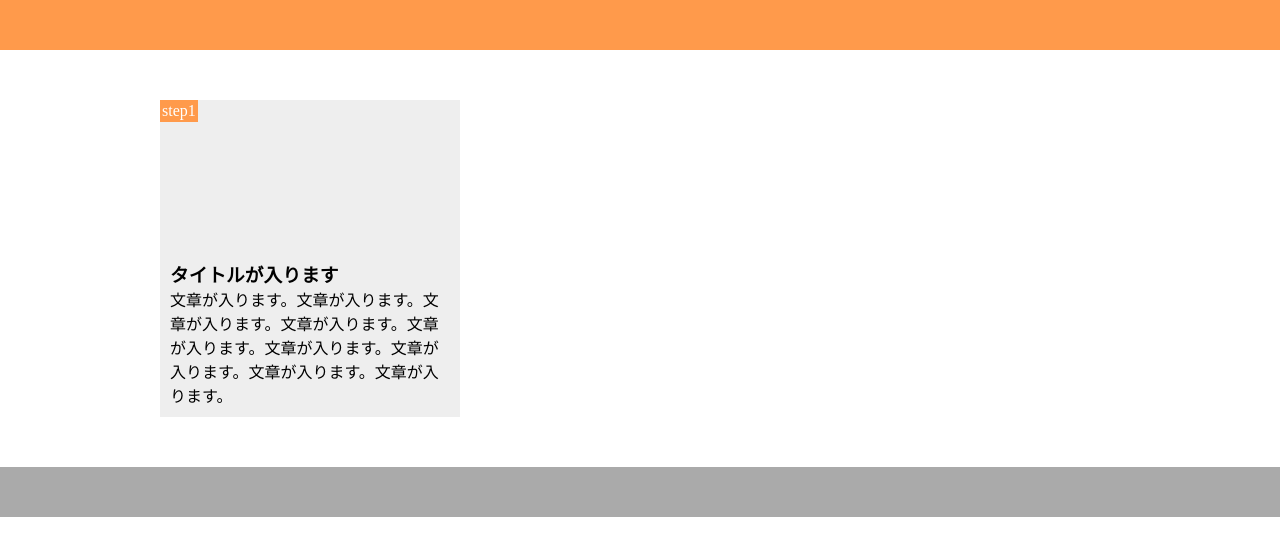
Repository: menyuu/test-html-CSS-practice
Page: exercise/chapter9_exercise.html
The author's editor kept a record of every edit. The page is drawn from the files as they stood at one moment, then again after the next edit.
The browser window is 1280 px wide. The pictures show the whole page.

Above is the page before.

After the next edit:
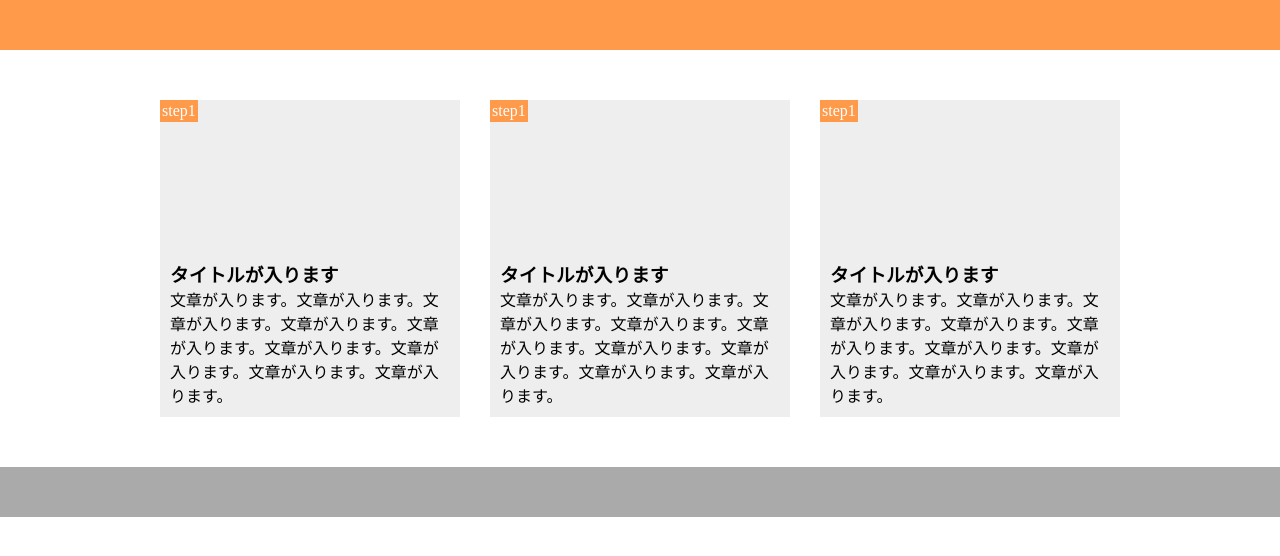
The edit:
--- a/exercise/chapter9_exercise.html
+++ b/exercise/chapter9_exercise.html
@@ -19,6 +19,20 @@
         <p>文章が入ります。文章が入ります。文章が入ります。文章が入ります。文章が入ります。文章が入ります。文章が入ります。文章が入ります。文章が入ります。</p>
       </div>
 
+      <div class="item">
+        <p class="item-logo">step1</p>
+        <div class="item-image"></div>
+        <h3>タイトルが入ります</h3>
+        <p>文章が入ります。文章が入ります。文章が入ります。文章が入ります。文章が入ります。文章が入ります。文章が入ります。文章が入ります。文章が入ります。</p>
+      </div>
+
+      <div class="item">
+        <p class="item-logo">step1</p>
+        <div class="item-image"></div>
+        <h3>タイトルが入ります</h3>
+        <p>文章が入ります。文章が入ります。文章が入ります。文章が入ります。文章が入ります。文章が入ります。文章が入ります。文章が入ります。文章が入ります。</p>
+      </div>
+
     </div>
   </main>
 
